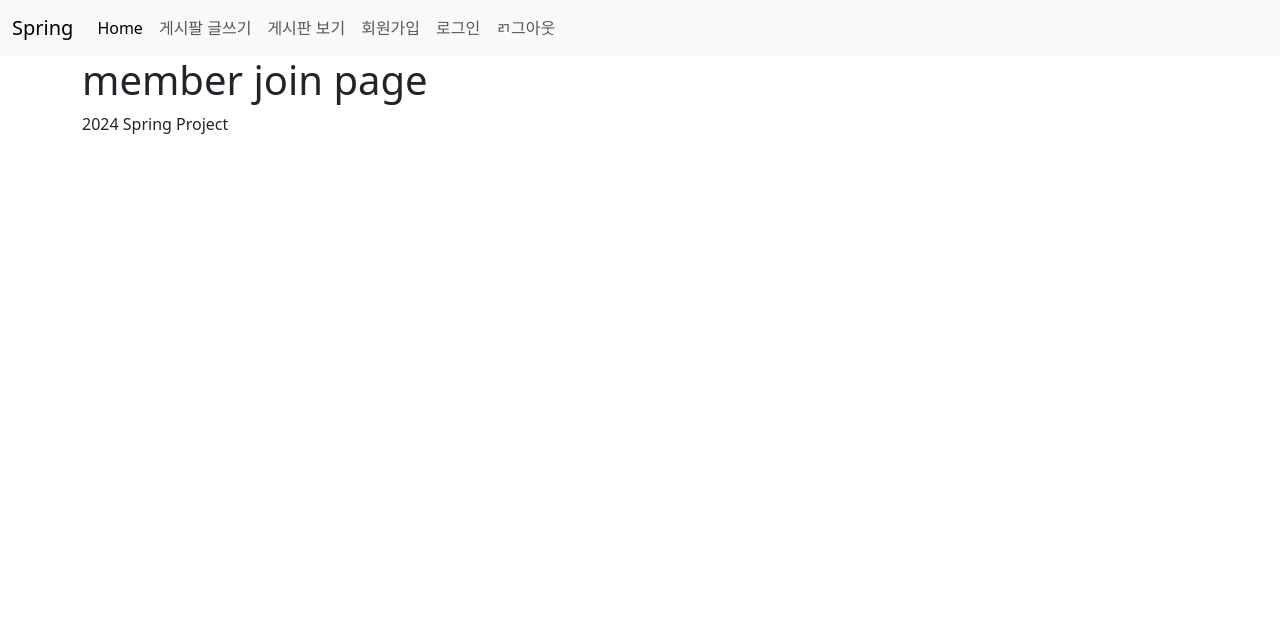
Repository: tkwkduddnd/SpringTest240430
Page: http://localhost/spring_study/WEB-INF/views/member/register.jsp
These files come from the project's save history. The page is drawn as it stood at one moment and after the next save; the edit follows.
The browser window is 1280 px wide. The pictures show the whole page.
The page is served by Tomcat 9. Nobody is signed in. The template is opened directly, without the code that normally fills it, so the values that code supplies are empty.

Above is the page before, as saved 2024-04-25 05:49:18.

After the next save:
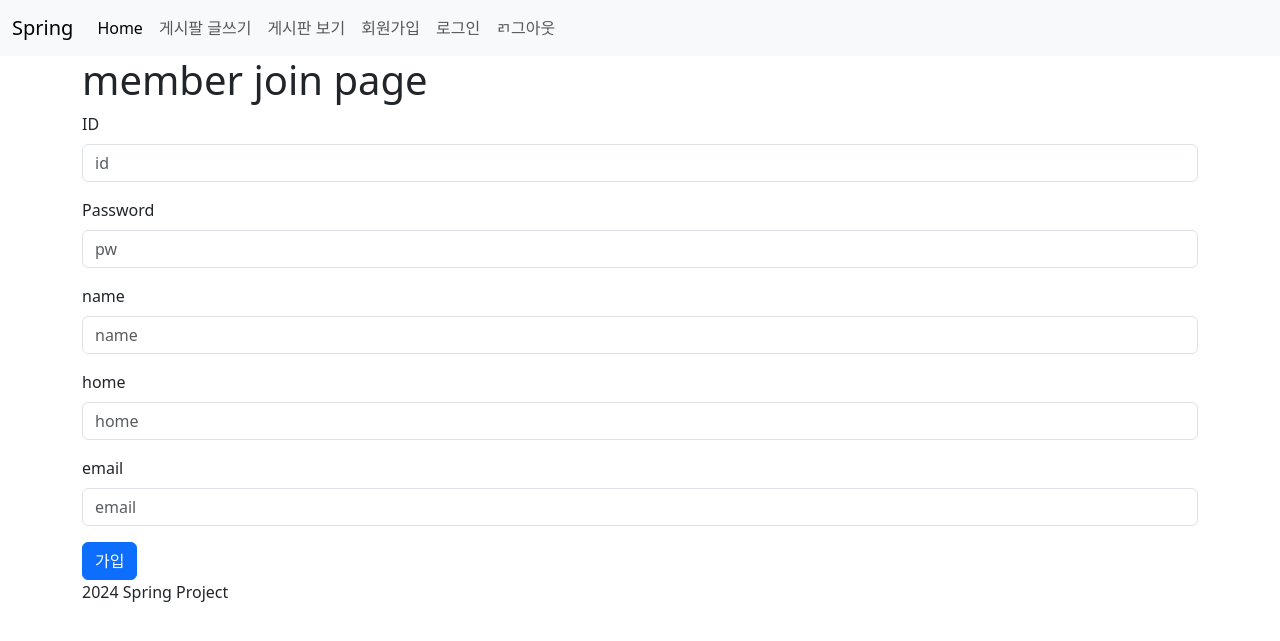
Saved 3 min 32 s later.
--- a/spring_study/src/main/webapp/WEB-INF/views/member/register.jsp
+++ b/spring_study/src/main/webapp/WEB-INF/views/member/register.jsp
@@ -4,7 +4,35 @@
 <jsp:include page="../layout/header.jsp" />
 <div class="container-md">
 	<h1>member join page</h1>
+	<form action="/board/insert" method="post">
+			<div class="mb-3">
+			  <label for="i" class="form-label">ID</label>
+			  <input type="text" class="form-control" name="id" id="i" placeholder="id">
+			</div>
 
+			<div class="mb-3">
+			  <label for="p" class="form-label">Password</label>
+			  <input type="password" class="form-control" name="pw" id="p" placeholder="pw">
+			</div>
+
+			<div class="mb-3">
+			  <label for="n" class="form-label">name</label>
+			  <input type="text" class="form-control" name="name" id="n" placeholder="name">
+			</div>
+
+			<div class="mb-3">
+			  <label for="h" class="form-label">home</label>
+			  <input type="text" class="form-control" name="home" id="h" placeholder="home">
+			</div>
+
+			<div class="mb-3">
+			  <label for="e" class="form-label">email</label>
+			  <input type="text" class="form-control" name="email" id="e" placeholder="email">
+			</div>
+
+
+			<button type="submit" class="btn btn-primary">가입</button>
+</form>
 
 
 
